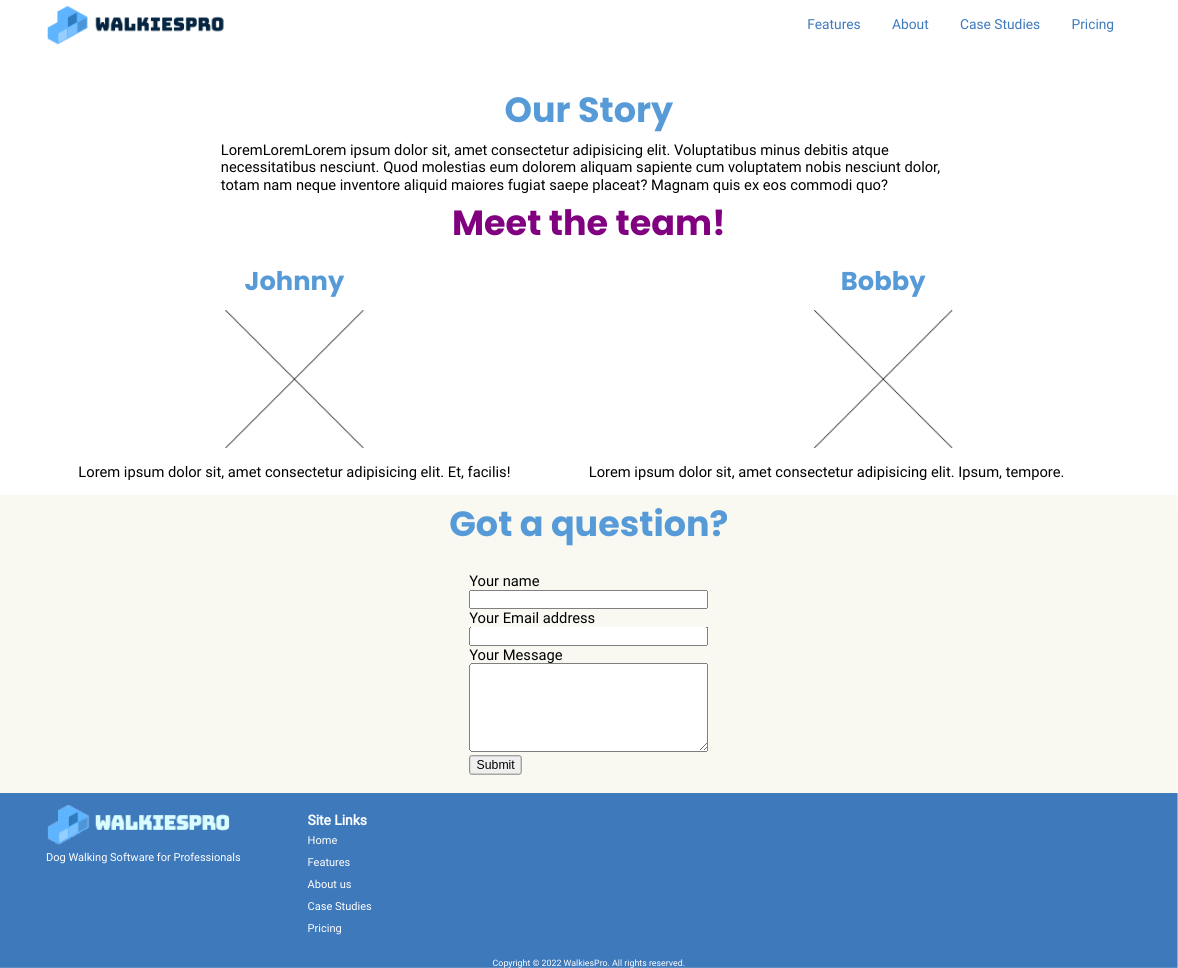
Repository: StevieC87/LAYOUT4
Page: about-us.html
The author's editor kept a copy of each file at every save. The page is drawn from the files as they stood at one save, then again after the next save.
The browser window is 1280 px wide. The pictures show the whole page, at 92% of full size.

Above is the page before, as saved 2022-01-02 16:28:06.

After the next save:
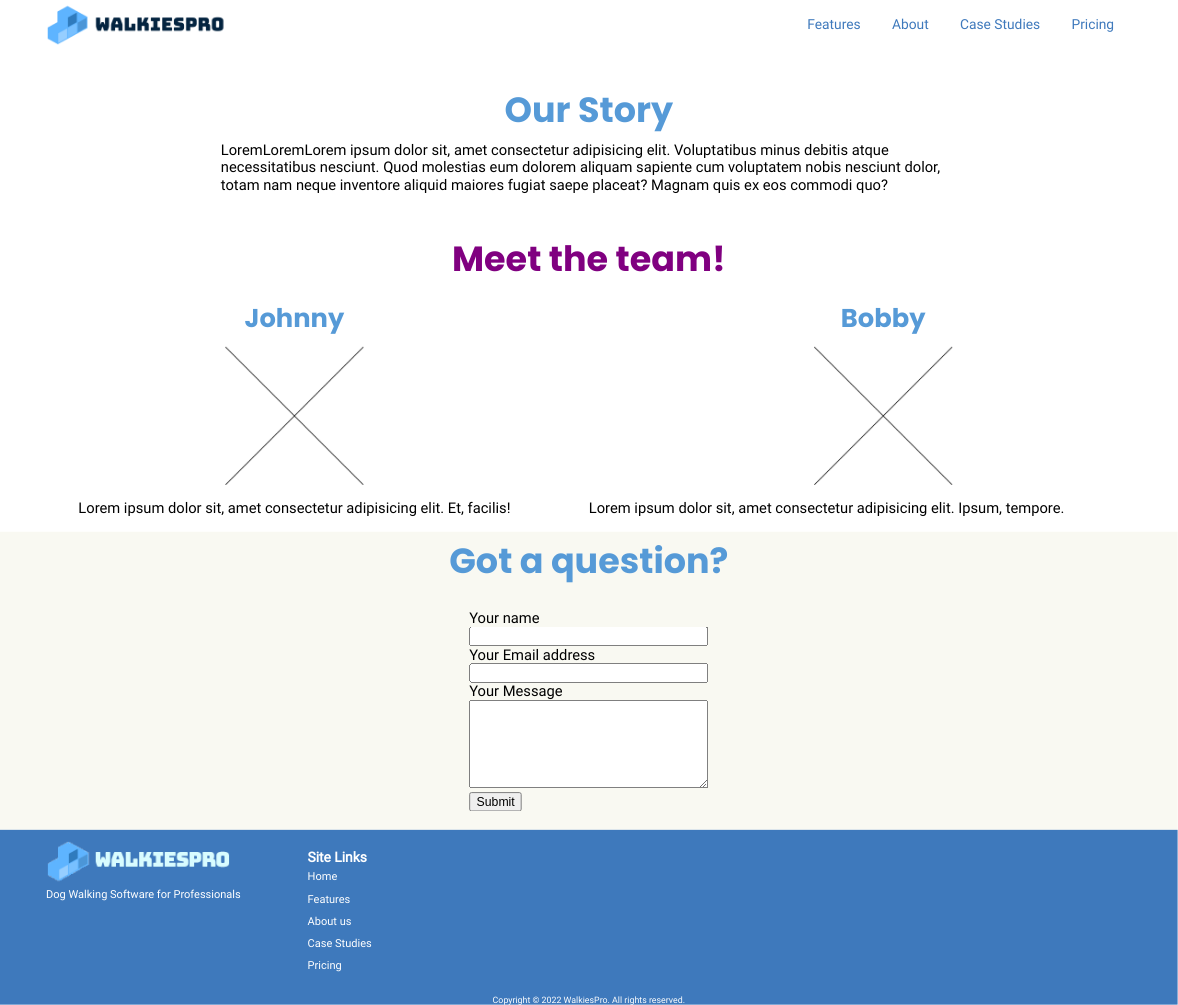
Saved 12 s later.
--- a/css/aboutus.css
+++ b/css/aboutus.css
@@ -4,7 +4,7 @@ ABOUT US
 .ourstorywrapper {
   width: 100%;
   display: grid;
-  padding-top: 40px;
+  padding: 40px 0 40px 0;
 }
 
 .ourstoryh1 {
